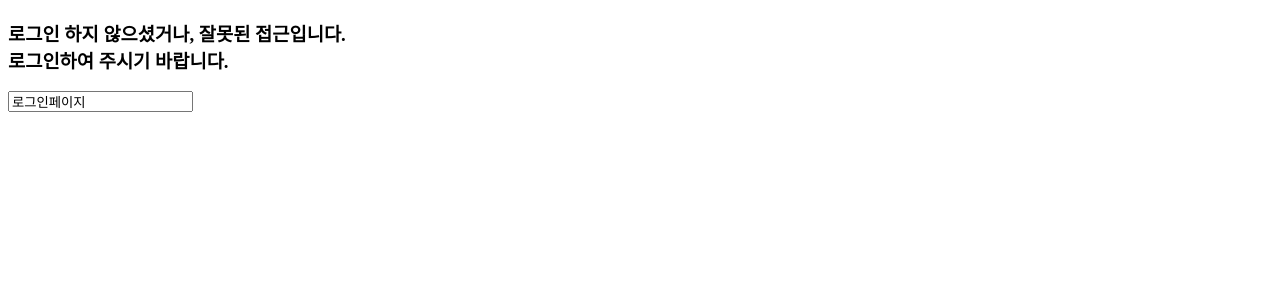
Repository: Gabintree/JDBC2019
Page: http://localhost/Jsp20190510_start/20190524_CookieSessionChk.jsp
An editor plug-in stored every save of this project. The page is shown before and after the next save, followed by the edit.
The browser window is 1280 px wide. The pictures show the whole page.
The page is served by Tomcat 9.

Above is the page before, as saved 2019-05-24 06:26:45.

After the next save:
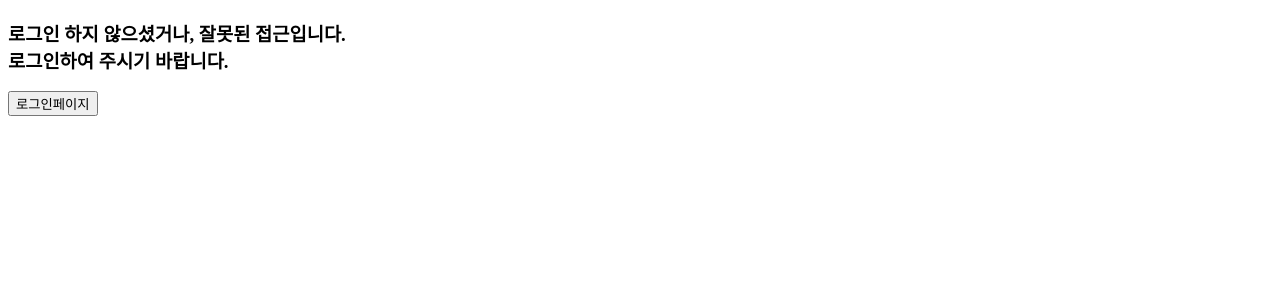
Saved 43 s later.
--- a/Jsp20190510_start/WebContent/20190524_CookieSessionChk.jsp
+++ b/Jsp20190510_start/WebContent/20190524_CookieSessionChk.jsp
@@ -42,7 +42,7 @@
  <h3>로그인 하지 않으셨거나, 잘못된 접근입니다.<br>
  	로그인하여 주시기 바랍니다. </h3>
 	<form action = "20190524_CookieSessionLogin.jsp"  method ="post">
-		<input type = " submit" value="로그인페이지">
+		<input type = "submit" value="로그인페이지">
 	</form>
 <%
 	}
